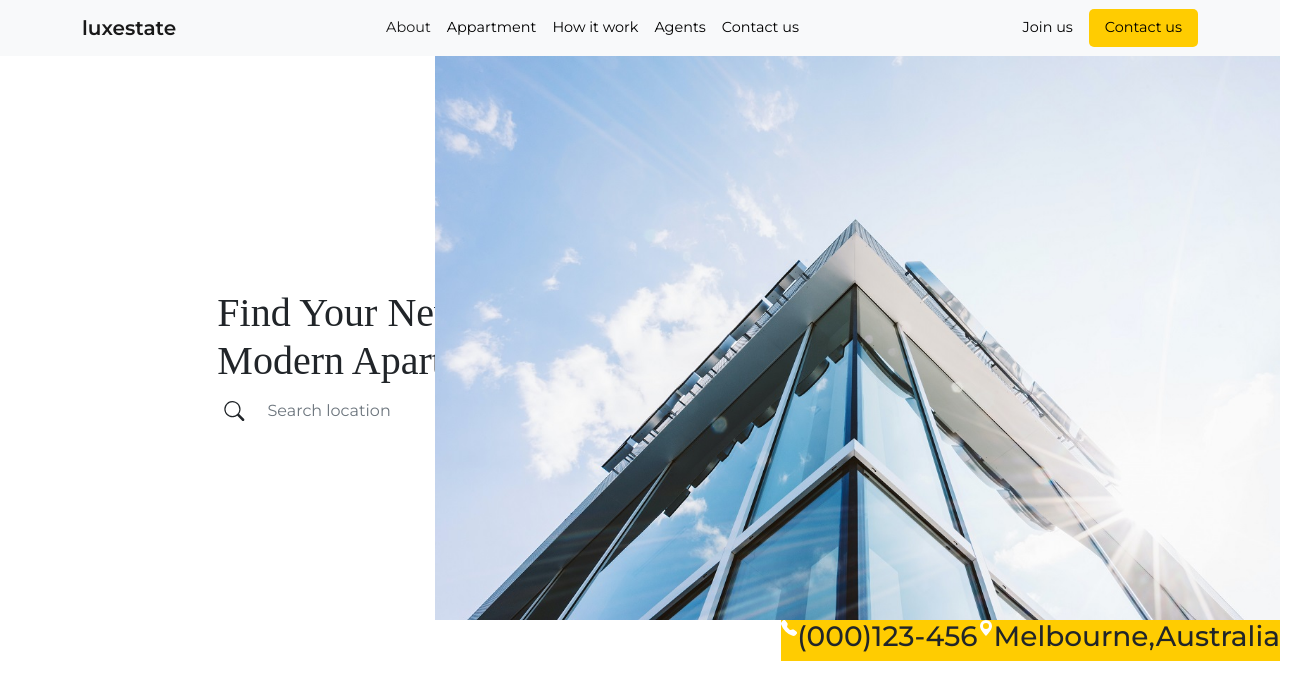
Repository: Toqa-25/luxstate
Page: index.html
An editor plug-in stored every save of this project. The page is shown before and after the next save, followed by the edit.
The browser window is 1280 px wide. The page is 1292 px wide, so the pictures cover 1292 px, including what lies to the right of the window. The pictures show the whole page.

Above is the page before, as saved 2021-06-07 23:47:27.

### index.html
<!DOCTYPE html>
<html lang="en">
<head>
    <meta charset="UTF-8">
    <meta http-equiv="X-UA-Compatible" content="IE=edge">
    <meta name="viewport" content="width=device-width, initial-scale=1.0">
    <!-- Bootstrap file -->
    <link rel="stylesheet" href="css/bootstrap.css">
    <!-- My Bootstrap file -->
    <link rel="stylesheet" href="css/my-bootstrap.css">
    <!-- all main style -->
    <link rel="stylesheet" href="css/all.min.css">
    <!-- CDN css file -->
    <link href="https://cdn.jsdelivr.net/npm/bootstrap@5.0.1/dist/css/bootstrap.min.css" rel="stylesheet" integrity="sha384-+0n0xVW2eSR5OomGNYDnhzAbDsOXxcvSN1TPprVMTNDbiYZCxYbOOl7+AMvyTG2x" crossorigin="anonymous">
    <!-- Style file -->
    <link rel="stylesheet" href="css/style.css">
    <!-- web fonts -->
    <link rel="preconnect" href="https://fonts.gstatic.com">
<link href="https://fonts.googleapis.com/css2?family=Montserrat:wght@100;200;300;400;500;600;700;800;900&display=swap" rel="stylesheet">
    <title>Bootstarp</title>
</head>
<body>
    <nav class="navbar navbar-expand-lg navbar-light bg-light">
        <div class="container">
          <a class="navbar-brand" href="#">luxestate</a>
          <button class="navbar-toggler" type="button" data-bs-toggle="collapse" data-bs-target="#navbarSupportedContent" aria-controls="navbarSupportedContent" aria-expanded="false" aria-label="Toggle navigation">
            <span class="navbar-toggler-icon"></span>
          </button>
          <div class="collapse navbar-collapse offset-2 navbar-light" id="navbarSupportedContent">
            <ul class="navbar-nav me-auto mb-2 mb-lg-0 ">
              <li class="nav-item">
                <a class="nav-link active" aria-current="page" href="#">About</a>
              </li>
              <li class="nav-item ">
                <a class="nav-link " href="#">Appartment</a>
              </li>
              <li class="nav-item">
                <a class="nav-link" href="#">How it work</a>
              </li>
              <li class="nav-item">
                <a class="nav-link" href="#">Agents</a>
              </li>
              <li class="nav-item">
                <a class="nav-link" href="#">Contact us</a>
              </li>

            </ul>
            <ul class="nav justify-content-end last-nav">
                <li class="nav-item">
                  <a class="nav-link active" aria-current="page" href="#">Join us</a>
                </li>
                <li class="nav-item focuse">
                  <a class="nav-link " href="#">Contact us</a>
                </li>

              </ul>
          </div>
        </div>
      </nav>
      <header>
      <div class="row">
        <div class="image-section float-end col-8 ">
        <img src="images/cover-unsplash.jpg" class="img-fluid "  alt="...">
        <div class="text-over d-flex float-end">
          <svg xmlns="http://www.w3.org/2000/svg" width="16" height="16" fill="#ffffff" class="bi bi-telephone-fill" viewBox="0 0 16 16">
            <path fill-rule="evenodd" d="M1.885.511a1.745 1.745 0 0 1 2.61.163L6.29 2.98c.329.423.445.974.315 1.494l-.547 2.19a.678.678 0 0 0 .178.643l2.457 2.457a.678.678 0 0 0 .644.178l2.189-.547a1.745 1.745 0 0 1 1.494.315l2.306 1.794c.829.645.905 1.87.163 2.611l-1.034 1.034c-.74.74-1.846 1.065-2.877.702a18.634 18.634 0 0 1-7.01-4.42 18.634 18.634 0 0 1-4.42-7.009c-.362-1.03-.037-2.137.703-2.877L1.885.511z"/>
          </svg>
          <h3>(000)123-456</h3>
          <svg xmlns="http://www.w3.org/2000/svg" width="16" height="16" fill="#ffffff" class="bi bi-geo-alt-fill" viewBox="0 0 16 16">
            <path d="M8 16s6-5.686 6-10A6 6 0 0 0 2 6c0 4.314 6 10 6 10zm0-7a3 3 0 1 1 0-6 3 3 0 0 1 0 6z"/>
          </svg>
          <h3>Melbourne,Australia</h3>
        </div>
        </div>
          <div class="header-text  col-4 order-first">
              <h1>Find Your New <br>
                Modern Apartment </h1>
                <form class="d-flex">
                    <svg xmlns="http://www.w3.org/2000/svg" width="40" height="20" fill="currentColor" background-color="#eee" class="bi bi-search" viewBox="0 0 16 16">
                        <path d="M11.742 10.344a6.5 6.5 0 1 0-1.397 1.398h-.001c.03.04.062.078.098.115l3.85 3.85a1 1 0 0 0 1.415-1.414l-3.85-3.85a1.007 1.007 0 0 0-.115-.1zM12 6.5a5.5 5.5 0 1 1-11 0 5.5 5.5 0 0 1 11 0z"/>
                      </svg>
                    <input class="form-control " type="search" placeholder=" Search location" aria-label="Search">
                    <button class="btn btn-warning" type="submit">Search </button>
                  </form>
          </div>

      </div>

    </header>

      <script src="js/bootstrap.min.js"></script>
</body>
</html>

### css/style.css
/* veriables */
:root{
    --main-color:#ffcc01;
}

/* global rules */
body{
    font-family: 'Montserrat', sans-serif;
    margin: 0;
    padding: 0;
}
 /* file style */

 .navbar-light .navbar-nav .nav-link,
 .last-nav  .nav-item .nav-link {
    color: black;
    font-weight: 400;
    font-size: .9rem;
}
.navbar-brand{
    font-weight: 600;
}
.last-nav   .focuse{
    background-color: var(--main-color);
    border-radius: 5px;
}
.header-text svg{
    margin:auto 5px;
}
.header-text input{
    border: none
}
.header-text button{
    background: var(--main-color);
    font-size: .75rem;
    width: 45%;
}
.header-text .d-flex{

}
.header-text {
    margin: auto;
    transform: translate(50%);
}
.header-text h1{
    font-family: mate sc;
}
header .row{
    position: relative;
}
header .image-section{
  position: relative;
}
.text-over{
    background: var(--main-color);
}
.text-over svg{

}

Loaded but not shown: css/my-bootstrap.css (library); css/all.min.css (library); js/bootstrap.min.js (library); css/bootstrap.css (no copy from this time; the picture is the same without it)

After the next save:
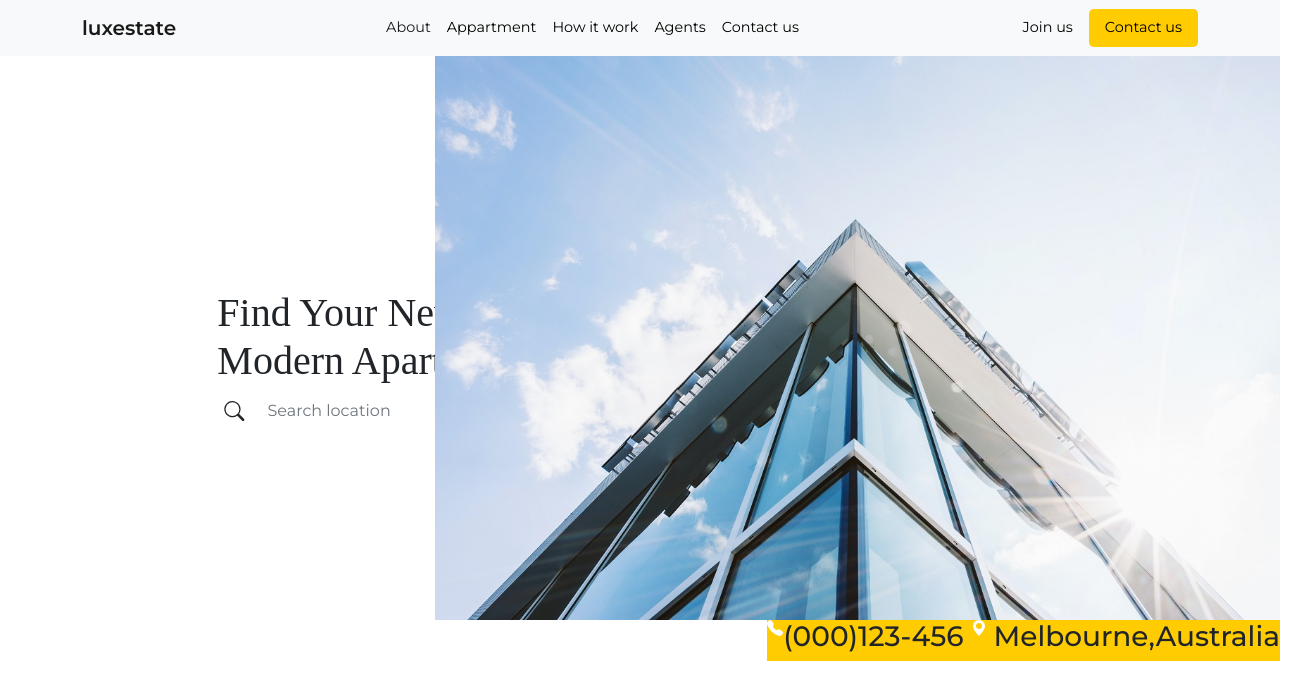
Saved 40 s later.
--- a/index.html
+++ b/index.html
@@ -66,7 +66,7 @@
             <path fill-rule="evenodd" d="M1.885.511a1.745 1.745 0 0 1 2.61.163L6.29 2.98c.329.423.445.974.315 1.494l-.547 2.19a.678.678 0 0 0 .178.643l2.457 2.457a.678.678 0 0 0 .644.178l2.189-.547a1.745 1.745 0 0 1 1.494.315l2.306 1.794c.829.645.905 1.87.163 2.611l-1.034 1.034c-.74.74-1.846 1.065-2.877.702a18.634 18.634 0 0 1-7.01-4.42 18.634 18.634 0 0 1-4.42-7.009c-.362-1.03-.037-2.137.703-2.877L1.885.511z"/>
           </svg>
           <h3>(000)123-456</h3>
-          <svg xmlns="http://www.w3.org/2000/svg" width="16" height="16" fill="#ffffff" class="bi bi-geo-alt-fill" viewBox="0 0 16 16">
+          <svg xmlns="http://www.w3.org/2000/svg" width="30" height="16" fill="#ffffff" class="bi bi-geo-alt-fill" viewBox="0 0 16 16">
             <path d="M8 16s6-5.686 6-10A6 6 0 0 0 2 6c0 4.314 6 10 6 10zm0-7a3 3 0 1 1 0-6 3 3 0 0 1 0 6z"/>
           </svg>
           <h3>Melbourne,Australia</h3>
